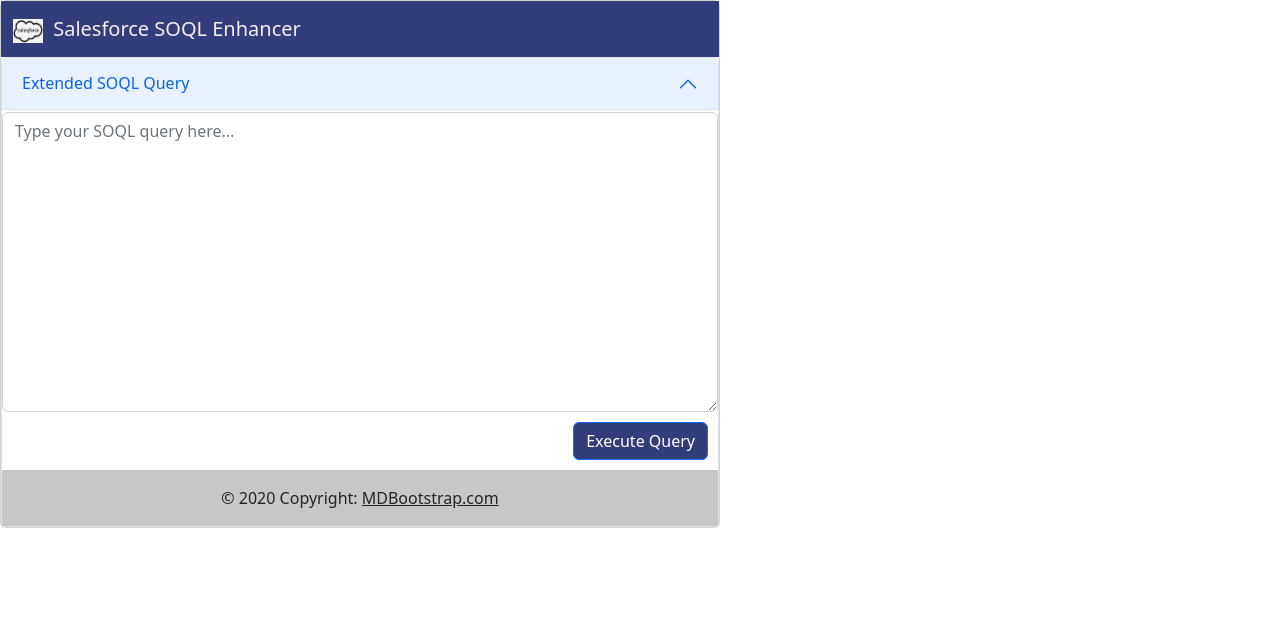
Repository: anweshpargi/salesforceExtension
Page: popup.html
These files come from the project's save history. The page is drawn as it stood at one moment and after the next save; the edit follows.
The browser window is 1280 px wide. The pictures show the whole page.

Above is the page before, as saved 2023-08-28 10:27:05.
Not found: js/jsforce.js

### popup.html
<!DOCTYPE html>
<html lang="en">

<head>
    <meta charset="UTF-8">
    <meta http-equiv="X-UA-Compatible" content="IE=edge">
    <meta name="viewport" content="width=device-width, initial-scale=1.0">
    <link rel="stylesheet" href="bootstrap/css/bootstrap.min.css">

    <script src="bootstrap/js/bootstrap.min.js" type="text/javascript"></script>
    <script src="js/jsforce.js" type="text/javascript"></script>
    <!-- JavaScript Bundle with Popper -->

    <title> Salesforce Test Class Data Generator</title>
</head>


<body style="width: 720px">
    <div class="card">
        <nav class="navbar" style="background-color: #333D79FF;">
            <div class="container-fluid">
                <a class="navbar-brand" style="color: #FAEBEFFF;" href="#">
                    <img src="/icon.png" alt="Logo" width="30" height="24" style="margin-right: 5px;"
                        class="d-inline-block">
                    Salesforce SOQL Enhancer
                </a>
            </div>
        </nav>

        <div class="accordion" id="accordionExample">
            <div class="accordion-item">
                <h2 class="accordion-header" id="headingOne">
                    <button class="accordion-button" type="button" data-bs-toggle="collapse"
                        data-bs-target="#collapseOne" aria-expanded="true" aria-controls="collapseOne">
                        Extended SOQL Query
                    </button>
                </h2>
                <div id="collapseOne" class="accordion-collapse collapse show" aria-labelledby="headingOne"
                    data-bs-parent="#accordionExample">

                    <div class="">
                        <textarea style="margin-top: 2px; height: 300px;" class="form-control"
                            placeholder="Type your SOQL query here..." id="floatingtextarea"></textarea>
                    </div>
                    <div style="text-align: right; margin: 10px;">
                        <span id="loader" style="display: none;">
                            <span class="spinner-border text-primary"  role="status"></span>
                            <span style="color: darkblue;"> &nbsp; Processing wait... </span>
                            <span style="color: darkblue;" id="count">  </span>&nbsp;
                        </span>
                        <span>
                            <button class="btn btn-success"  style="display: none;" id="downloadExcel" type="">Download Excel</button>
                        </span>
                        <button class="btn btn-primary" style="background-color: #333D79FF;"  id="getbutton" type="">Execute Query</button>
                    </div>
                </div>

                <footer class="bg-light text-center text-lg-start">
                    <!-- Copyright -->
                    <div class="text-center p-3" style="background-color: rgba(0, 0, 0, 0.2);">
                      © 2020 Copyright:
                      <a class="text-dark" href="https://mdbootstrap.com/">MDBootstrap.com</a>
                    </div>
                    <!-- Copyright -->
                  </footer>

            </div>
        </div>
    </div>

</body>
<script type="text/javascript" src="js/popup.js"></script>
<script type="text/javascript" src="js/xlsx.full.min.js"></script>

</html>

### js/popup.js
//store connection... con object
var conn = undefined;
var inputQuery = undefined;

console.log('popup js loaded succesfully')
document.querySelector('#getbutton').addEventListener('click', () => {
  console.log('XLSX ' + XLSX);
  console.log('method invoked on button click')
  chrome.tabs.query({ active: true, currentWindow: true }, (tabs) => {
    console.log('inside tabs query')
    var tab = tabs[0]
    var instanceUrl = tab.url.split('.')[0] + '.my.salesforce.com'
    console.log(tab)
    var domainUrl = new URL(tab.url)
    var sessionId = undefined
    if (
      tab.url &&
      (tab.url.includes('.lightning.force.com') ||
        tab.url.includes('.salesforce.com'))
    ) {
      var port = chrome.runtime.connect({ name: 'knockknock' })
      port.postMessage({ host: instanceUrl.replace('https://', '') })
      port.onMessage.addListener(function (msg) {
        console.log('response from backgroundjs' + msg.ssid)
        sessionId = msg.ssid
        if (sessionId) {
          console.log('session id received  ', sessionId)
          conn = new jsforce.Connection({
            serverUrl: instanceUrl,
            instanceUrl: instanceUrl,
            sessionId: sessionId,
            version: '50.0',
          }) //jsforce
          console.log('connection', conn)
          getQueryInput()
        } else {
          alert('Salesforce Session Not found')
        }
      })
    } else {
      alert(
        'Not a Salesforce Domain!, Keep Salesforce Tab Active and Run again',
      )
    }
  })
})

function getQueryInput() {
  try {
    if (conn) {
      inputQuery = document
        .querySelector('#floatingtextarea')
        .value.replace(/\s\s+/g, ' ')
        .trim()
      console.log('Input query by user >> ' + inputQuery)
      processQuery(inputQuery);
    } else {
      alert('Connection not available')
    }
  } catch (error) {
    alert('Something went wrong ' + error.name)
  }
}

var records = [];
var processedQueries = [];
var recordCount = 0;
var countElement = undefined;

async function processQuery(query) {
  countElement = document.getElementById('count');
  recordCount = 0;
  records = [];
  processedQueries = [];
  try {
    isDisableExecute(true);
    showDownloadExcel(false);
    showSpinner(true);
    var match = query.match(/\(([^)]+)\)/i)
    if (match && query.length > 4000) {
      console.log('match and lenght pass');
      var valuesString = match[1];
      console.log('valuesString>> ' + valuesString);
      var valuesList = valuesString.split(',');

      var batchSize = 100;

      for (let i = 0; i < valuesList.length; i += batchSize) {
        // Slice a batch of values
        var batch = valuesList.slice(i, i + batchSize);
        // Join batch values with commas to create a new values string
        var batchValuesString = batch.join(',');

        // Replace values within parentheses with the batch values
        var modifiedQuery = query.replace(valuesString, batchValuesString);
        //console.log('modifiedQurery  >>' + modifiedQuery);
        // Store the modified query in the processedQueries array
        processedQueries.push(modifiedQuery);
        console.log('count ' + i);
        await executeQueryToDatabase(modifiedQuery);
      }
      console.log('final records length ' + records.length);
      console.log('records stingify ' + JSON.stringify(records));
      showSpinner(false);
      showDownloadExcel(true);
      isDisableExecute(false);
      //return processedQueries;
      //executeQueryToDatabase(query);
    } else {
      executeQueryToDatabase(query);
      showSpinner(false);
      showDownloadExcel(true);
      isDisableExecute(false);
    }
  } catch (error) {
    showSpinner(false);
    isDisableExecute(false);
    showDownloadExcel(false);
    alert(error.name)
    console.log(error)
  }
}

async function executeQueryToDatabase(inputQuery) {
  console.log('modified Query ' + inputQuery);
  var query = await conn
    .query(inputQuery)
    .on('record', function (record) {
      // console.log('@@ records push' + record.length)
      ++recordCount;
      console.log('@@@ ' + recordCount);
      countElement.innerHTML = recordCount;
      let { attributes, ...rec } = record;
      records.push(rec);
      // console.log('records output' + records)
    })
    .on('end', function () {
      console.log('@@ total in database : ' + query.totalSize)
      console.log('@@ total fetched : ' + query.totalFetched)
    })
    .on('error', function (err) {
      alert('ERROR NAME: ' + err.name)
      console.error(err)
    })
    .run({ autoFetch: true, maxFetch: 100000 })
}


document.querySelector('#downloadExcel').addEventListener('click', function() {
  console.log('clicked button excel');
  const exportButton = document.getElementById('downloadExcel');
  console.log('exportButton  ' + exportButton);
  console.log('XLSX' + XLSX);

  // const data = [
  //   { Name: 'John', Age: 30 },
  //   { Name: 'Jane', Age: 25 }
  // ];


  const ws = XLSX.utils.json_to_sheet(records);
  const wb = XLSX.utils.book_new();
  XLSX.utils.book_append_sheet(wb, ws, 'Sheet1');

  // Convert the workbook to an ArrayBuffer
  const wbArrayBuffer = XLSX.write(wb, { bookType: 'xlsx', type: 'array' });

  // Create a Blob from the ArrayBuffer
  const blob = new Blob([wbArrayBuffer], {
    type: 'application/vnd.openxmlformats-officedocument.spreadsheetml.sheet'
  });

    const url = URL.createObjectURL(blob);

    const a = document.createElement('a');
    a.href = url;
    const currentDatetime = new Date().toISOString().replace(/[-:.]/g, '');

    const encodedFileName = encodeURIComponent(`exported_data_${currentDatetime}.xlsx`);

    a.download = encodedFileName;
    a.click();

    // Clean up
    setTimeout(function() {
      URL.revokeObjectURL(url);
    }, 0);
    alert(`${encodedFileName} downloaded succefully`);
});

function showSpinner(isShow){
  if(isShow){
    console.log('isshowspinner true');
    document.getElementById('loader').style.display = "inline";
  }else{
    document.getElementById('loader').style.display = "none";
  }
}

function showDownloadExcel(isShow){
  if(isShow){
    document.getElementById('downloadExcel').style.display = "inline";
  }else{
    document.getElementById('downloadExcel').style.display = "none";
  }
}

function isDisableExecute(isDisable){
    document.getElementById('getbutton').disabled = isDisable;
}

Loaded but not shown: bootstrap/css/bootstrap.min.css (library); bootstrap/js/bootstrap.min.js (library); js/xlsx.full.min.js (library)

After the next save:
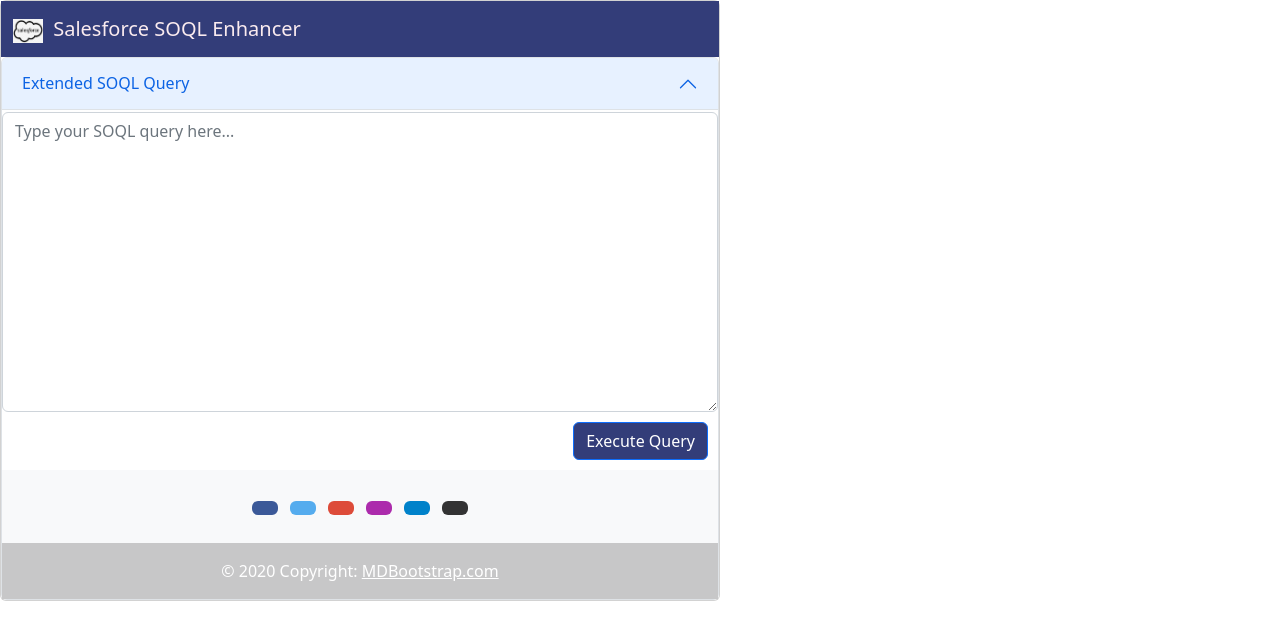
Saved 2 min 26 s later.
--- a/popup.html
+++ b/popup.html
@@ -55,11 +55,72 @@
                     </div>
                 </div>
 
-                <footer class="bg-light text-center text-lg-start">
+                <footer class="bg-light text-center text-white">
+                    <!-- Grid container -->
+                    <div class="container p-4 pb-0">
+                      <!-- Section: Social media -->
+                      <section class="mb-4">
+                        <!-- Facebook -->
+                        <a
+                          class="btn text-white btn-floating m-1"
+                          style="background-color: #3b5998;"
+                          href="#!"
+                          role="button"
+                          ><i class="fab fa-facebook-f"></i
+                        ></a>
+
+                        <!-- Twitter -->
+                        <a
+                          class="btn text-white btn-floating m-1"
+                          style="background-color: #55acee;"
+                          href="#!"
+                          role="button"
+                          ><i class="fab fa-twitter"></i
+                        ></a>
+
+                        <!-- Google -->
+                        <a
+                          class="btn text-white btn-floating m-1"
+                          style="background-color: #dd4b39;"
+                          href="#!"
+                          role="button"
+                          ><i class="fab fa-google"></i
+                        ></a>
+
+                        <!-- Instagram -->
+                        <a
+                          class="btn text-white btn-floating m-1"
+                          style="background-color: #ac2bac;"
+                          href="#!"
+                          role="button"
+                          ><i class="fab fa-instagram"></i
+                        ></a>
+
+                        <!-- Linkedin -->
+                        <a
+                          class="btn text-white btn-floating m-1"
+                          style="background-color: #0082ca;"
+                          href="#!"
+                          role="button"
+                          ><i class="fab fa-linkedin-in"></i
+                        ></a>
+                        <!-- Github -->
+                        <a
+                          class="btn text-white btn-floating m-1"
+                          style="background-color: #333333;"
+                          href="#!"
+                          role="button"
+                          ><i class="fab fa-github"></i
+                        ></a>
+                      </section>
+                      <!-- Section: Social media -->
+                    </div>
+                    <!-- Grid container -->
+
                     <!-- Copyright -->
                     <div class="text-center p-3" style="background-color: rgba(0, 0, 0, 0.2);">
                       © 2020 Copyright:
-                      <a class="text-dark" href="https://mdbootstrap.com/">MDBootstrap.com</a>
+                      <a class="text-white" href="https://mdbootstrap.com/">MDBootstrap.com</a>
                     </div>
                     <!-- Copyright -->
                   </footer>
